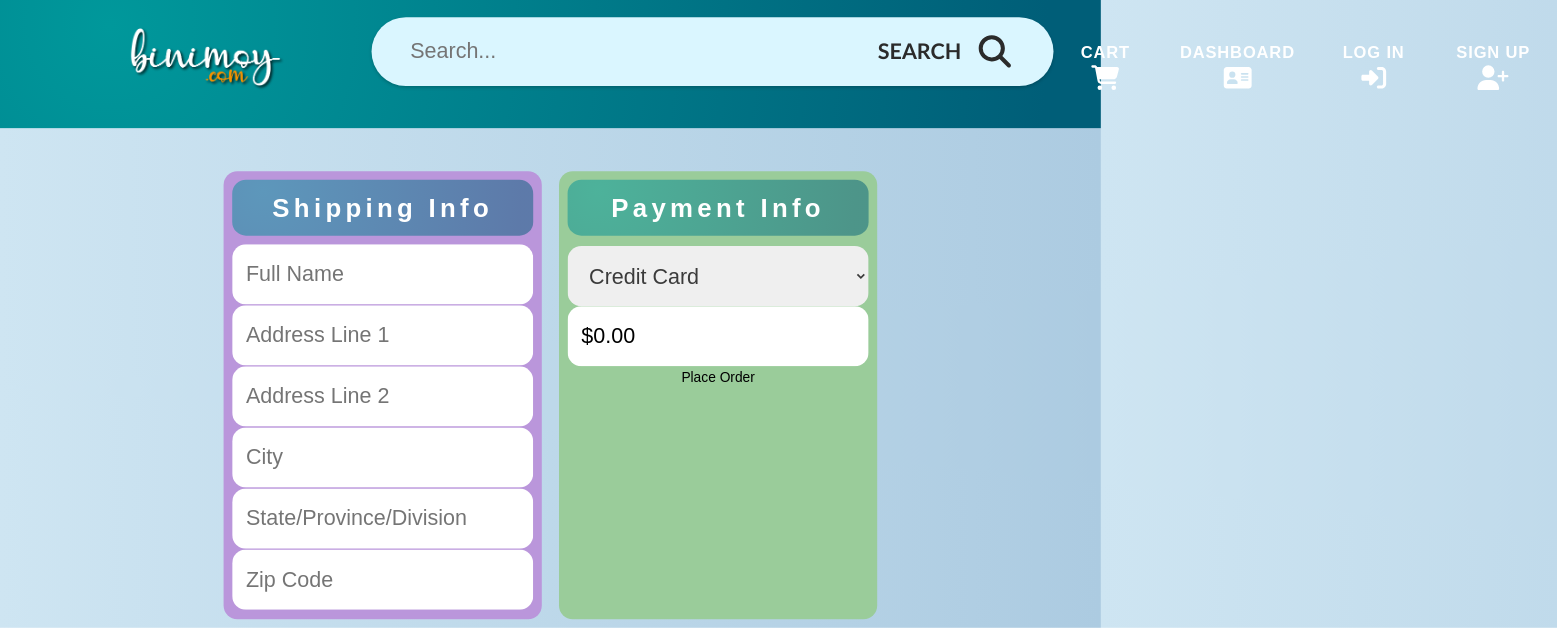
Repository: Shadman2024/2_1_DatabaseProject
Page: /checkout (app in frontend/)
The author's editor kept a copy of each file at every save. The page is drawn from the files as they stood at one save, then again after the next save.
The browser window is 1280 px wide. The page is 1811 px wide, so the pictures cover 1811 px, including what lies to the right of the window. The pictures show the whole page, at 86% of full size.
Some web libraries are served in a nearby version. The project was rebuilt for these pictures with package versions that can differ from the ones it lists, and the page was loaded fresh each time. Also part of the build but not shown: frontend/src/App.css, frontend/src/signUp/signup.js, frontend/src/logIn/login.js, frontend/src/Home/home.module.css, frontend/src/Home/hero.js, frontend/src/Home/hero2.js, frontend/src/Home/hero3.js, frontend/src/Home/smallcategory.module.css and 31 more.

Above is the page before, as saved 2024-03-08 15:05:03.

### frontend/public/index.html
<!DOCTYPE html>
<html lang="en">

<head>
  <meta charset="utf-8" />
  <link rel="icon" href="%PUBLIC_URL%/favicon.ico" />
  <meta name="viewport" content="width=device-width, initial-scale=1" />
  <meta name="theme-color" content="#000000" />
  <meta name="description" content="Web site created using create-react-app" />
  <link rel="apple-touch-icon" href="%PUBLIC_URL%/logo192.png" />
  <!--
      manifest.json provides metadata used when your web app is installed on a
      user's mobile device or desktop. See https://developers.google.com/web/fundamentals/web-app-manifest/
    -->
  <link rel="manifest" href="%PUBLIC_URL%/manifest.json" />
  <link href="https://cdn.jsdelivr.net/npm/bootstrap@5.0.2/dist/css/bootstrap.min.css" rel="stylesheet"
    integrity="sha384-EVSTQN3/azprG1Anm3QDgpJLIm9Nao0Yz1ztcQTwFspd3yD65VohhpuuCOmLASjC" crossorigin="anonymous">
  <!--
      Notice the use of %PUBLIC_URL% in the tags above.
      It will be replaced with the URL of the `public` folder during the build.
      Only files inside the `public` folder can be referenced from the HTML.

      Unlike "/favicon.ico" or "favicon.ico", "%PUBLIC_URL%/favicon.ico" will
      work correctly both with client-side routing and a non-root public URL.
      Learn how to configure a non-root public URL by running `npm run build`.
    -->
  <title>React App</title>
</head>

<body style="background: linear-gradient(to right, #cee5f2, #accbe1);
/* Other styles */
margin: 0;
height: 100vh;
color: white;">
<!-- <body style="background: #1B1B1B"> -->


  <noscript>You need to enable JavaScript to run this app.</noscript>
  <div id="root"></div>
  <!--
      This HTML file is a template.
      If you open it directly in the browser, you will see an empty page.

      You can add webfonts, meta tags, or analytics to this file.
      The build step will place the bundled scripts into the <body> tag.

      To begin the development, run `npm start` or `yarn start`.
      To create a production bundle, use `npm run build` or `yarn build`.
    -->
  <script src="https://cdn.jsdelivr.net/npm/bootstrap@5.0.2/dist/js/bootstrap.bundle.min.js"
    integrity="sha384-MrcW6ZMFYlzcLA8Nl+NtUVF0sA7MsXsP1UyJoMp4YLEuNSfAP+JcXn/tWtIaxVXM"
    crossorigin="anonymous"></script>
  <script src="https://cdn.jsdelivr.net/npm/@popperjs/core@2.9.2/dist/umd/popper.min.js"
    integrity="sha384-IQsoLXl5PILFhosVNubq5LC7Qb9DXgDA9i+tQ8Zj3iwWAwPtgFTxbJ8NT4GN1R8p"
    crossorigin="anonymous"></script>
  <script src="https://cdn.jsdelivr.net/npm/bootstrap@5.0.2/dist/js/bootstrap.min.js"
    integrity="sha384-cVKIPhGWiC2Al4u+LWgxfKTRIcfu0JTxR+EQDz/bgldoEyl4H0zUF0QKbrJ0EcQF"
    crossorigin="anonymous"></script>
  <script src="https://code.jquery.com/jquery-3.2.1.slim.min.js"
    integrity="sha384-KJ3o2DKtIkvYIK3UENzmM7KCkRr/rE9/Qpg6aAZGJwFDMVNA/GpGFF93hXpG5KkN"
    crossorigin="anonymous"></script>
  <script src="https://cdnjs.cloudflare.com/ajax/libs/popper.js/1.12.3/umd/popper.min.js"
    integrity="sha384-vFJXuSJphROIrBnz7yo7oB41mKfc8JzQZiCq4NCceLEaO4IHwicKwpJf9c9IpFgh"
    crossorigin="anonymous"></script>
  <script src="https://maxcdn.bootstrapcdn.com/bootstrap/4.0.0-beta.2/js/bootstrap.min.js"
    integrity="sha384-alpBpkh1PFOepccYVYDB4do5UnbKysX5WZXm3XxPqe5iKTfUKjNkCk9SaVuEZflJ"
    crossorigin="anonymous"></script>


</body>

</html>

### frontend/src/index.css
*{
  margin: 0;
  outline: none;
}
body {
  margin: 0;
  font-family: -apple-system, BlinkMacSystemFont, 'Segoe UI', 'Roboto', 'Oxygen',
    'Ubuntu', 'Cantarell', 'Fira Sans', 'Droid Sans', 'Helvetica Neue',
    sans-serif;
  -webkit-font-smoothing: antialiased;
  -moz-osx-font-smoothing: grayscale;
}

code {
  font-family: source-code-pro, Menlo, Monaco, Consolas, 'Courier New',
    monospace;
}
html {
  scroll-behavior: smooth;
  position: relative;
  min-height: 100%;
  overflow-x: hidden;
}

### frontend/src/signUp/signup.module.css

.login_box {
  position: absolute;
  top: 50%;
  left: 50%;
  width: 400px;
  padding: 40px;
  margin: 20px auto;
  transform: translate(-50%, -55%);
  background-image: radial-gradient( circle farthest-corner at 10% 20%,  rgba(0,152,155,1) 0.1%, rgba(0,94,120,1) 94.2% );
  box-sizing: border-box;
  box-shadow: 0 15px 25px rgba(0,0,0,.6);
  border-radius: 10px;
  color: #ffffff;
  font-size: large;
  /* padding-left: 100px;
  padding-right: 100px; */
}
.login_box .user_box {
  position: relative;
}

.login_box .user_box input {
  width: 100%;
  padding: 10px 0;
  font-size: 16px;
  color: #fffdfd;
  margin-bottom: 30px;
  border: none;
  /* background-color: #0F1F2A; */
  border-bottom: 1px solid #ffffff;
  outline: none;
  background: transparent;
  font-size: larger;
  /* font-weight: bolder; */
}

.login_box .user_box label {
  position: absolute;
  top: -20px;
  left: 0;
  padding: 10px 0;
  font-size: 20px;
  color: #ffffff;
  /* background-color: #2E5D7F; */
  pointer-events: none;
  transition: .5s;
  font-size: large;
  /* padding: 0px;
  padding-left: 20%;
  padding-right: 20%; */
  font-weight: bold;
}

.login_box .user_box input:focus ~ label,
.login_box .user_box input:valid ~ label {
  /* top: -20px; */
  left: 0;
  color: #ffffff;
  font-size: 20px;
  /* background-color: #242424; */
  padding: 0px;
  padding-left: 10px;
  padding-right: 10px;
  font-weight: bolder;
}


.login_box p:first-child {
  margin: 0 0 30px;
  padding: 0;
  color: #ffffff;
  text-align: center;
  font-size: 1.5rem;
  font-weight: bold;
  letter-spacing: 1px;
  padding-bottom: 30px;
}




.animated_button {
  position: relative;
  display: inline-block;
  padding: 12px 24px;
  border: none;
  font-size: 16px;
  background-color: inherit;
  border-radius: 100px;
  font-weight: 600;
  color: #ffffff;
  box-shadow: 0 0 0 2px #ffffff00;
  cursor: pointer;
  overflow: hidden;
  transition: all 0.6s cubic-bezier(0.23, 1, 0.320, 1);
  text-align: center;
  font-size: 1.2rem;
  /* font-weight: bold; */
  letter-spacing: 1px;
  /* padding-bottom: 30px; */
}

.animated_button span:last-child {
  position: absolute;
  top: 50%;
  left: 50%;
  transform: translate(-50%, -50%);
  width: 20px;
  height: 20px;
  background-color: #fff;
  /* color: #000; */
  border-radius: 50%;
  opacity: 0;
  transition: all 0.8s cubic-bezier(0.23, 1, 0.320, 1);
}

.animated_button span:first-child {
  position: relative;
  z-index: 1;
}

.animated_button:hover {
  box-shadow: 0 0 0 3px #ffffff;
  color: #2F0332;
}

.animated_button:active {
  scale: 0.95;
}

.animated_button:hover span:last-child {
  width: 150px;
  height: 150px;
  opacity: 1;
}

input {
  color: white;
  background-color: black;
}

::-ms-reveal {
  filter: invert(100%);
}

/* Chrome, Safari, Edge, Opera */
input::-webkit-outer-spin-button,
input::-webkit-inner-spin-button {
-webkit-appearance: none;
margin: 0;
}

### frontend/src/logIn/login.module.css


.login_box {
  position: absolute;
  top: 50%;
  left: 50%;
  width: 400px;
  padding: 40px;
  margin: 20px auto;
  transform: translate(-50%, -55%);
  background-image: radial-gradient( circle farthest-corner at 10% 20%,  rgba(0,152,155,1) 0.1%, rgba(0,94,120,1) 94.2% );
  box-sizing: border-box;
  box-shadow: 0 15px 25px rgba(0, 0, 0, .6);
  border-radius: 10px;
  color: #ffffff;
  font-size: large;
  /* padding-left: 100px;
  padding-right: 100px; */
}

.login_box .user_box {
  position: relative;
}

.login_box .user_box input {
  width: 100%;
  padding: 10px 0;
  font-size: 16px;
  color: #fffdfd;
  margin-bottom: 30px;
  border: none;
  /* background-color: #0F1F2A; */
  border-bottom: 1px solid #ffffff;
  outline: none;
  background: transparent;
  font-size: larger;
  /* font-weight: bolder; */
}

.login_box .user_box label {
  position: absolute;
  top: -20px;
  left: 0;
  padding: 10px 0;
  font-size: 20px;
  color: #ffffff;
  /* background-color: #2E5D7F; */
  pointer-events: none;
  transition: .5s;
  font-size: large;
  /* padding: 0px;
  padding-left: 20%;
  padding-right: 20%; */
  font-weight: bold;
}

.login_box .user_box input:focus~label,
.login_box .user_box input:valid~label {
  /* top: -20px; */
  left: 0;
  color: #ffffff;
  font-size: 20px;
  /* background-color: #242424; */
  padding: 0px;
  padding-left: 10px;
  padding-right: 10px;
  font-weight: bolder;
}


.login_box p:first-child {
  margin: 0 0 30px;
  padding: 0;
  color: #ffffff;
  text-align: center;
  font-size: 1.5rem;
  font-weight: bold;
  letter-spacing: 1px;
  padding-bottom: 30px;
}




.animated_button {
  position: relative;
  display: inline-block;
  padding: 12px 24px;
  border: none;
  font-size: 16px;
  background-color: inherit;
  border-radius: 100px;
  font-weight: 600;
  color: #ffffff;
  box-shadow: 0 0 0 2px #ffffff00;
  cursor: pointer;
  overflow: hidden;
  transition: all 0.6s cubic-bezier(0.23, 1, 0.320, 1);
  text-align: center;
  font-size: 1.2rem;
  /* font-weight: bold; */
  letter-spacing: 1px;
  /* padding-bottom: 30px; */
}

.animated_button span:last-child {
  position: absolute;
  top: 50%;
  left: 50%;
  transform: translate(-50%, -50%);
  width: 20px;
  height: 20px;
  background-color: #fff;
  /* color: #000; */
  border-radius: 50%;
  opacity: 0;
  transition: all 0.8s cubic-bezier(0.23, 1, 0.320, 1);
}

.animated_button span:first-child {
  position: relative;
  z-index: 1;
}

.animated_button:hover {
  box-shadow: 0 0 0 3px #ffffff;
  color: #2F0332;
}

.animated_button:active {
  scale: 0.95;
}

.animated_button:hover span:last-child {
  width: 150px;
  height: 150px;
  opacity: 1;
}

input {
  color: white;
  background-color: black;
}

::-ms-reveal {
  filter: invert(100%);
}

### frontend/src/dashboard/dashboard.module.css
body {
    /* font-family: Arial, sans-serif; */
    margin: 0;
    padding: 0;
    box-sizing: border-box;
    /* font-size: larger; */
}

.container {
    font-size: 30px;
    display: flex;
    justify-content: space-around;
    margin: 20px;
    margin-left: 130px;
    margin-right: 130px;
}

.user_info,
.order_info {
    flex-basis: 45%;
    padding: 20px;
    box-shadow: 0 0 10px rgba(0, 0, 0, 0.1);
}


.user_photo {
    width: 200px;
    height: 200px;
    object-fit: cover;
    border-radius: 50%;
    margin-bottom: 20px;
}

h2 {
    color: #333;
    margin-bottom: 15px;
}

p {
    line-height: 1.6;
    color: #666;
}

strong {
    color: #333;
}

@media (max-width: 768px) {
    .container {
        flex-direction: column;
        align-items: center;
    }

    .user-info,
    .order-info {
        flex-basis: 90%;
    }
}

.title {
    /* Add styles for your title here */
    margin-bottom: 10px;
    /* Example space between title and wrapper */
    font-size: 30px;
    color: rgb(255, 255, 255);
    font-weight: bolder;
    padding-left: 200px;
    background-image: radial-gradient( circle farthest-corner at 10% 20%,  rgba(0,152,155,1) 0.1%, rgba(0,94,120,1) 94.2% );
    margin-top: 0px;
    letter-spacing: 5px;
}

.animated_button {
    position: relative;
    display: inline-block;
    padding: 12px 24px;
    border: none;
    font-size: 16px;
    background-color: rgb(71, 0, 73);
    border-radius: 100px;
    font-weight: 600;
    color: rgb(255, 255, 255);
    box-shadow: 0 0 0 2px #ffffff00;
    cursor: pointer;
    overflow: hidden;
    transition: all 0.6s cubic-bezier(0.23, 1, 0.320, 1);
    text-align: center;
    font-size: 1.2rem;
    /* font-weight: bold; */
    letter-spacing: 1px;
    /* padding-bottom: 30px; */
}

.animated_button span:last-child {
    position: absolute;
    top: 50%;
    left: 50%;
    transform: translate(-50%, -50%);
    width: 20px;
    height: 20px;
    background-color: rgb(71, 0, 73);
    /* color: #000; */
    border-radius: 50%;
    opacity: 0;
    transition: all 0.8s cubic-bezier(0.23, 1, 0.320, 1);
}

.animated_button span:first-child {
    position: relative;
    z-index: 1;
}

.animated_button:hover {
    box-shadow: 0 0 0 3px #ffffff;
    color: #2F0332;
}

.animated_button:active {
    scale: 0.95;
}

.animated_button:hover span:last-child {
    width: 150px;
    height: 150px;
    opacity: 1;
}
.userDetails {
    margin-bottom: 10px;
    color: #0f0f0f;
    font-size: 30px;
}

.userDetails strong {
    color: #2c2c2c;
    font-weight: bold;
}
.user_photo{
    margin-top: 10px;
}

.userDetail {
    display: flex;
    align-items: center;
    margin-bottom: 10px;
}

.detailLabel, .detailValue {
    margin-right: 100px;
}

.detailLabel {
    /* If you want the labels to have a fixed width for alignment */
    width: 220px;
    font-weight: bold;
    color: #000;
}

.detailValue {
    flex-grow: 1;
    color: #333;
}

/* Your existing styles */

### frontend/src/orders/orders.module.css
/* orders.module.css */
.orders_container {
  padding: 20px;
  /* background: #f5f5f5; */
  border-radius: 8px;
  /* box-shadow: 0 2px 4px rgba(0,0,0,0.1); */
  margin-left: 250px;
  margin-right: 250px;
  margin-left: 250px;
  margin-top: 40px;
  margin-right: 250px;
  padding: 20px;
  /* background-color: #f9f9f9; */
  border-radius: 8px;
  box-shadow: 0 2px 4px rgba(0,0,0,0.3);
  background-color: #97adda;
}

.title {
  font-size: 30px;;
  color: rgb(255, 255, 255);
  font-weight: bolder;
  background-image: radial-gradient( circle farthest-corner at 10% 20%,  rgba(0,152,155,50%) 0.1%, rgba(0,94,120,50%) 94.2% );
  margin-top: 0px;
  /* background-color: #ba96db; */
  letter-spacing: 5px;
  margin-bottom: 0px;
  padding-bottom: 0px;
  border-radius: 0.5rem;
  padding: 10px;
  text-align: center;
  border-radius: 1rem 1rem 1rem 1rem;
  margin-bottom: 10px;
}

.order {
  /* background: #ffffff; */
  padding: 15px;
  margin-bottom: 20px;
  /* border-radius: 8px; */
  /* box-shadow: 0 1px 3px rgba(0,0,0,0.12), 0 1px 2px rgba(0,0,0,0.24); */
  font-size: 20px;
  border-radius: 1rem 1rem 1rem 1rem;
  background-color: white;
}

.order h3 {
  color: #0275d8;
  font-size: 20px;
  margin-top: 0;
  margin-bottom: 10px;
}

.order p {
  color: #313131;
  margin: 5px 0;
}

ul {
  list-style-type: none;
  padding: 0;
}

li {
  margin: 5px 0;
  color: #363636;
}

strong {
  color: #333;
}

/* Specific styles for shipping and payment sections */
.order > div {
  margin-top: 10px;
  padding-top: 10px;
  border-top: 1px solid #eee;
}

/* Adjust the below properties as per your UI requirements */
.orders_table {
  width: 100%;
  border-collapse: collapse;
}

.orders_table th, .orders_table td {
  text-align: left;
  padding: 8px;
  border-bottom: 1px solid #ddd;
}

.orders_table th {
  background-color: #f9f9f9;
}
.orders_table {
  width: 100%;
  margin-top: 10px;
  border-collapse: collapse;
}

.orders_table th, .orders_table td {
  text-align: left;
  padding: 8px;
  border-bottom: 1px solid #ddd;
}

.orders_table th {
  background-color: teal;
  /* color: #313131; */
}
.orders_table td {
  background-color: #e0e0e0;
  color: #313131;
}

### frontend/src/checkout/checkout.module.css
.container{
    display: flex;
    margin-left: 250px;
    margin-right: 250px;
    margin-top: 40px;
}
.shipping{
    background-color: #ba96db;
    padding: 10px;
    width: 50%;
    margin: 10px;
    border-radius: 1rem 1rem 1rem 1rem;
}
.payment{
    background-color: #9acc9a;
    padding: 10px;
    width: 50%;
    margin: 10px;
    border-radius: 1rem 1rem 1rem 1rem;
    margin-bottom: 10px;
}
.title {
    font-size: 30px;;
    color: rgb(255, 255, 255);
    font-weight: bolder;
    background-image: radial-gradient( circle farthest-corner at 10% 20%,  rgba(0,152,155,50%) 0.1%, rgba(0,94,120,50%) 94.2% );
    margin-top: 0px;
    /* background-color: #ba96db; */
    letter-spacing: 5px;
    margin-bottom: 0px;
    padding-bottom: 0px;
    border-radius: 0.5rem;
    margin-bottom: 10px;
    padding: 10px;
    text-align: center;
    border-radius: 1rem 1rem 1rem 1rem;
}
.checkoutForm {
    display: flex;
    flex-direction: column;
    /* gap: 10px;  */
}
input{
    background-color: #ffffff;
    border: 1px solid #9acc9a00;
    color: black;
    height: 70px;
    border-radius: 1rem 1rem 1rem 1rem;
    margin-bottom: 1px;
}
input[type="text"] {
    padding: 8px 15px;
    /* margin: 8px 0;  */
    display: inline-block;
    /* border: 1px solid #ccc;  */
    /* border-radius: 4px;  */
    box-sizing: border-box;
    /* text-align: center; */
    font-size: 25px;
    width: 100%;
}
input[type="text"]:focus {
    border-color: #4CAF50;
    outline: none;
}


.formGroup select {
    /* background-image: url('data:[embedded picture, 189 characters]'); */
    background-repeat: no-repeat;
    background-position: right 10px center; /* Positions the arrow to the right */
    background-size: 12px 12px; /* Size of the arrow */
    height: 70px;
    border-radius: 1rem 1rem 1rem 1rem;
    border: 1px solid #9acc9a00;
    margin-top: 2px;
    width: 100%;
    font-size: 25px;
    color: rgb(59, 59, 59);
    padding-left: 20px;
}

/* Focus style */
.formGroup select:focus {
    border-color: #4CAF50; /* Example focus color */
    outline: none; /* Removes default focus outline */
}

/* If you have a label */
.formGroup label {
    margin-bottom: 5px; /* Space between label and select */
    font-weight: bold; /* Optional: makes label text bold */
    font-size: 25px;
  }

### frontend/src/Home/hero.module.css
.hero {
    /* height: 100vh; */
    background: linear-gradient(180deg, #fde1ff, #e1ffea22 60%);
    display: flex;
    margin-bottom: 25px;
}

.hero_left {
    flex: 1;
    display: flex;
    flex-direction: column;
    /* justify-content: center; */
    padding-top: 10px;
    gap: 2px;
    padding-left: 10px;
    line-height: 1.1;
}

.hero_left h2 {
    color: rgb(41, 0, 35);
    font-size: 26 px;
    font-weight: 600;
}

.hero_left p {
    color: rgb(50, 0, 54);
    font-size: 100px;
    font-weight: 600;
}

.hero_hand_icon {
    display: flex;
    align-items: center;
    gap: 20px;
}

.image {
    /* max-width: 100%; */
    width: 199%;
    height: 500px;
    display: block; /* Ensure images resize within their container */
    border: 2px solid black;
    border-radius: 0.4rem;
  }

/* .hero-latest-btn{
    display: flex;
    justify-content: center;
    align-items: center;
    gap: 15px;
    width: 310px;
    height: 70px;
    background: #3d1a3f;
    color: white;
    font-size: 22px;
    font-weight: 500;

} */

.hero_right {
    flex: 1;
    display: flex;
    align-items: center;
    justify-content: center;
}

button {
    position: relative;
    display: inline-block;
    cursor: pointer;
    outline: none;
    border: 0;
    vertical-align: middle;
    text-decoration: none;
    background: transparent;
    padding: 0;
    font-size: inherit;
    font-family: inherit;
}

button.learn_more {
    width: 12rem;
    height: auto;
}

button.learn_more .circle {
    transition: all 0.45s cubic-bezier(0.65, 0, 0.076, 1);
    position: relative;
    display: block;
    margin: 0;
    width: 3rem;
    height: 3rem;
    background: #ffffff;
    border-radius: 1.625rem;
}

button.learn_more .circle .icon {
    transition: all 0.45s cubic-bezier(0.65, 0, 0.076, 1);
    position: absolute;
    top: 0;
    bottom: 0;
    margin: auto;
    background: #ffffff;
}

button.learn_more .circle .icon {
    transition: all 0.45s cubic-bezier(0.65, 0, 0.076, 1);
    left: 0.625rem;
    width: 1.125rem;
    height: 0.125rem;
    background: none;
}

button.learn_more .circle .icon::before {
    position: absolute;
    content: "";
    top: -0.29rem;
    right: 0.0625rem;
    width: 0.625rem;
    height: 0.625rem;
    border-top: 0.125rem solid #020202;
    border-right: 0.125rem solid #000000;
    transform: rotate(45deg);
}

button.learn_more .button_text {
    transition: all 0.45s cubic-bezier(0.65, 0, 0.076, 1);
    position: absolute;
    top: 0;
    left: 0;
    right: 0;
    bottom: 0;
    padding: 0.75rem 0;
    margin: 0 0 0 1.85rem;
    color: #ffffff;
    font-weight: 700;
    line-height: 1.6;
    text-align: center;
    text-transform: uppercase;
}

button:hover .circle {
    width: 100%;
}

button:hover .circle .icon{
    background: #000000;
    transform: translate(1rem, 0);
}

button:hover .button_text {
    color: #000000;
}

### frontend/src/Home/hero3.module.css
.hero {
    height: 10vh;
    /* Layer the gradient over the image */
    background-image: linear-gradient(90deg, #ffffff, #ffffff22 70%), url('hero3image.jpg');
    background-size: cover; /* Cover the entire area */
    background-position: center; /* Center the image */
    display: flex;
    padding-top: 20%;
    padding-bottom: 20%;
    /* If you want the image to not scroll with the page, use the following line */
    background-attachment: fixed;
}


.hero_left {
    flex: 1;
    display: flex;
    flex-direction: column;
    justify-content: center;
    gap: 20px;
    padding-left: 180px;
    line-height: 1.1;
}

.hero_left h2 {
    color: rgb(46, 0, 27);
    font-size: 26px; /* Corrected the space issue between '26' and 'px' */
    font-weight: 600;
    /* text-shadow: 2px 2px 4px rgba(0, 0, 0, 0.9); Example shadow: horizontal, vertical, blur, color */
}

.hero_left p {
    color: rgb(58, 0, 50);
    font-size: 100px;
    font-weight: 600;
    /* text-shadow: 3px 9px 9px rgba(0, 0, 0, 0.9); Slightly larger shadow for larger text */
}


.hero_hand_icon {
    display: flex;
    align-items: center;
    gap: 20px;
}

/* .hero-latest-btn{
    display: flex;
    justify-content: center;
    align-items: center;
    gap: 15px;
    width: 310px;
    height: 70px;
    background: #3d1a3f;
    color: white;
    font-size: 22px;
    font-weight: 500;

} */

.hero_right {
    flex: 1;
    display: flex;
    align-items: center;
    justify-content: center;
}

button {
    position: relative;
    display: inline-block;
    cursor: pointer;
    outline: none;
    border: 0;
    vertical-align: middle;
    text-decoration: none;
    background: transparent;
    padding: 0;
    font-size: inherit;
    font-family: inherit;
}

button.learn_more {
    width: 12rem;
    height: auto;
}

button.learn_more .circle {
    transition: all 0.45s cubic-bezier(0.65, 0, 0.076, 1);
    position: relative;
    display: block;
    margin: 0;
    width: 3rem;
    height: 3rem;
    background: #360029;
    border-radius: 1.625rem;
}

button.learn_more .circle .icon {
    transition: all 0.45s cubic-bezier(0.65, 0, 0.076, 1);
    position: absolute;
    top: 0;
    bottom: 0;
    margin: auto;
    background: #1d0018;
}

button.learn_more .circle .icon {
    transition: all 0.45s cubic-bezier(0.65, 0, 0.076, 1);
    left: 0.625rem;
    width: 1.125rem;
    height: 0.125rem;
    background: none;
}

button.learn_more .circle .icon::before {
    position: absolute;
    content: "";
    top: -0.29rem;
    right: 0.0625rem;
    width: 0.625rem;
    height: 0.625rem;
    border-top: 0.125rem solid #ffffff;
    border-right: 0.125rem solid #ffffff;
    transform: rotate(45deg);
}

button.learn_more .button_text {
    transition: all 0.45s cubic-bezier(0.65, 0, 0.076, 1);
    position: absolute;
    top: 0;
    left: 0;
    right: 0;
    bottom: 0;
    padding: 0.75rem 0;
    margin: 0 0 0 1.85rem;
    color: #1b0017;
    font-weight: 700;
    line-height: 1.6;
    text-align: center;
    text-transform: uppercase;
}

button:hover .circle {
    width: 100%;
}

button:hover .circle .icon{
    background: #ffffff;
    transform: translate(1rem, 0);
}

button:hover .button_text {
    color: #ffffff;
}

Loaded but not shown: frontend/src/checkout/checkout.js (96 lines, source omitted); frontend/src/NavBar/nav.js (82 lines, source omitted); frontend/src/App.js (81 lines, source omitted); frontend/src/index.js (10 lines, source omitted); frontend/src/seach/search.module.css (299 lines, source omitted); frontend/src/NavBar/nav.module.css (307 lines, source omitted); frontend/src/Home/hero2.module.css (153 lines, source omitted); frontend/src/admin/admin.module.css (no stored copy; drawn as an empty file)

After the next save:
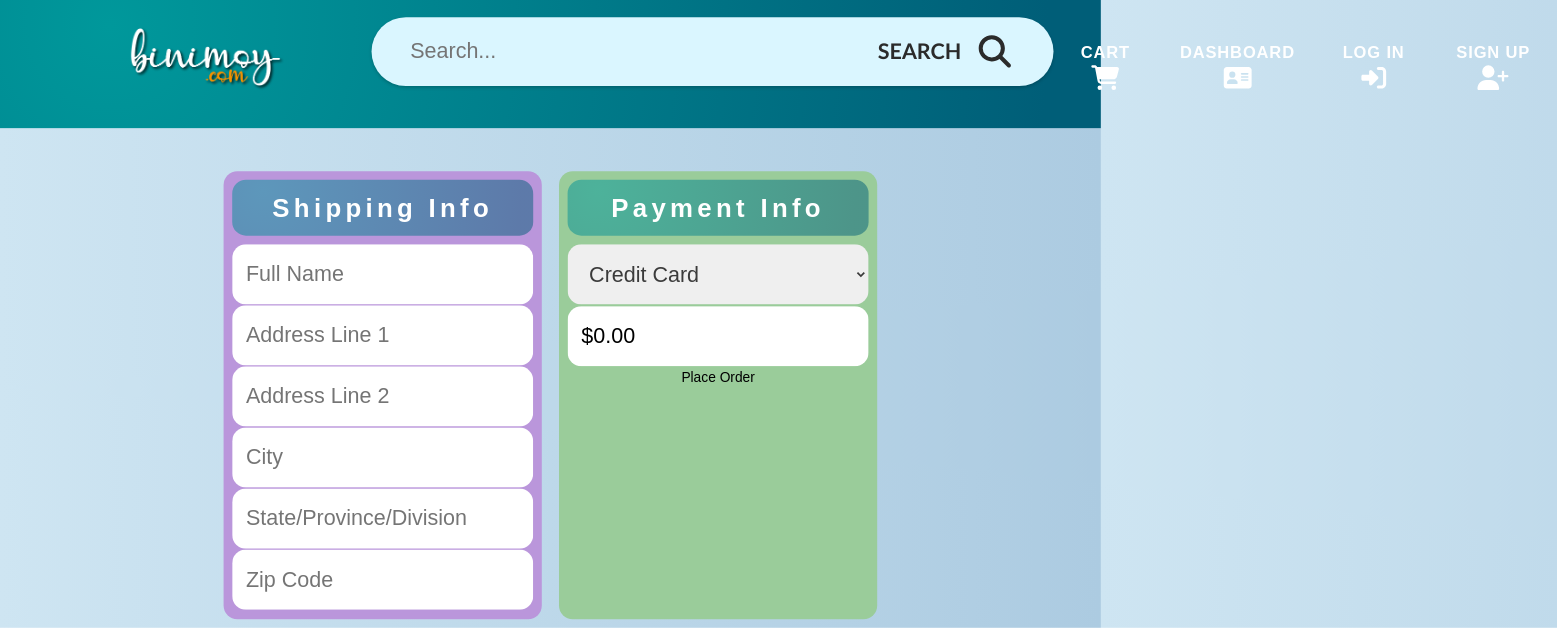
Saved 4 s later.
--- a/frontend/src/checkout/checkout.module.css
+++ b/frontend/src/checkout/checkout.module.css
@@ -73,7 +73,7 @@ input[type="text"]:focus {
     height: 70px;
     border-radius: 1rem 1rem 1rem 1rem;
     border: 1px solid #9acc9a00;
-    margin-top: 2px;
+    margin-bottom: 2px;
     width: 100%;
     font-size: 25px;
     color: rgb(59, 59, 59);
